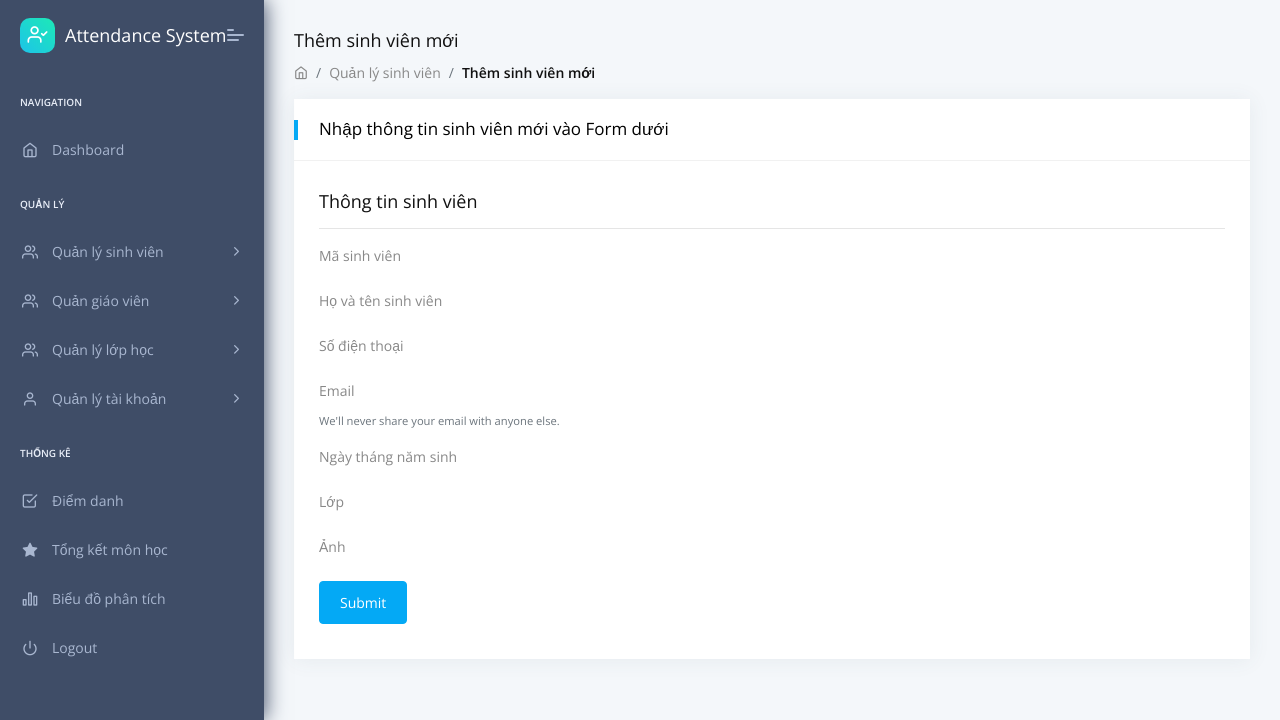
Repository: nguyen-tien-tai12112001/Python_Face_Recognition_Attendance
Page: apps/templates/home/add-student.html
These files come from the project's save history. The page is drawn as it stood at one moment and after the next save; the edit follows.
The browser window is 1280 px wide. The pictures show the whole page.
The template is drawn by Flask 3. The application's start-up code is not run. The template is opened directly, without the code that normally fills it, so the values that code supplies are empty.

Above is the page before, as saved 2022-02-28 14:50:55.

After the next save:
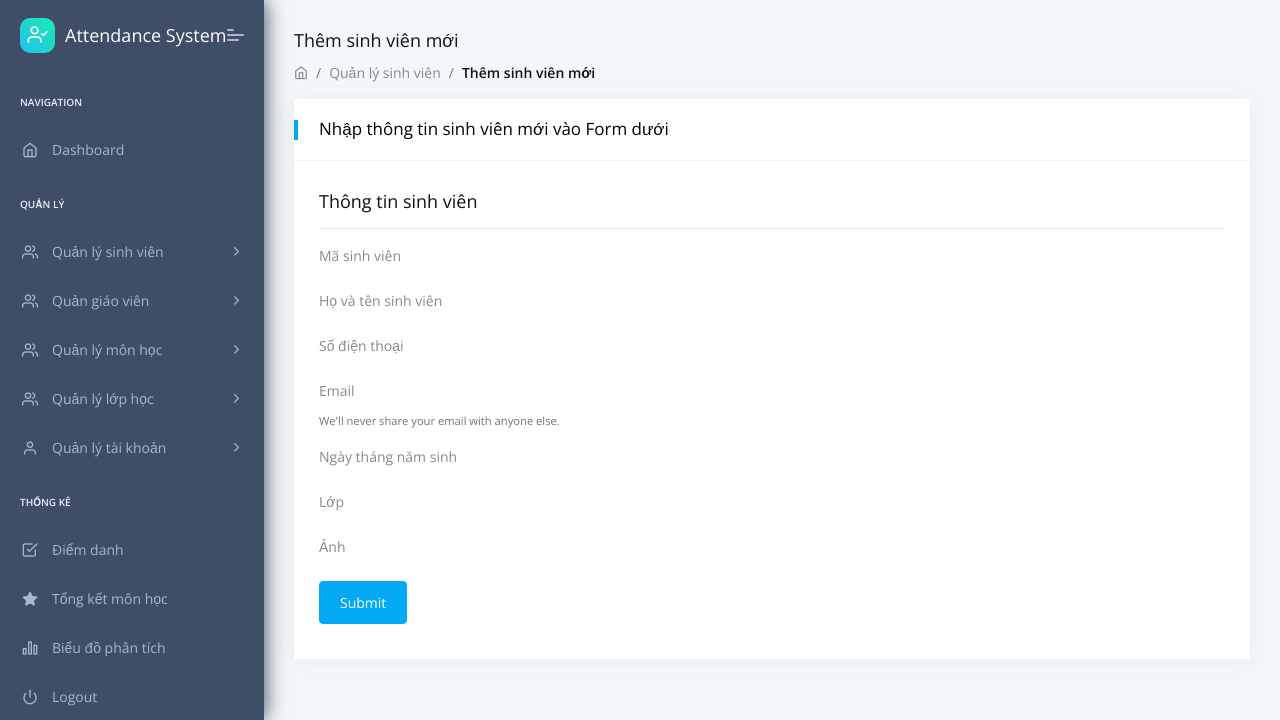
Saved 26 s later.
--- a/apps/templates/includes/sidebar-admin.html
+++ b/apps/templates/includes/sidebar-admin.html
@@ -39,6 +39,16 @@
 
                         </ul>
                     </li>
+
+                    <li data-username="" class="nav-item pcoded-hasmenu">
+                        <a href="javascript:" class="nav-link "><span class="pcoded-micon"><i class="feather icon-users"></i></span><span class="pcoded-mtext">Quản lý môn học</span></a>
+                        <ul class="pcoded-submenu">
+                            <li class=""><a href="/list-teacher.html" class="">Danh sách giáo viên</a></li>
+                            <li class=""><a href="/add-class.html" class="">Thêm giáo viên</a></li>
+
+                        </ul>
+                    </li>
+
                     <li data-username="" class="nav-item pcoded-hasmenu">
                         <a href="javascript:" class="nav-link "><span class="pcoded-micon"><i class="feather icon-users"></i></span><span class="pcoded-mtext">Quản lý lớp học</span></a>
                         <ul class="pcoded-submenu">
